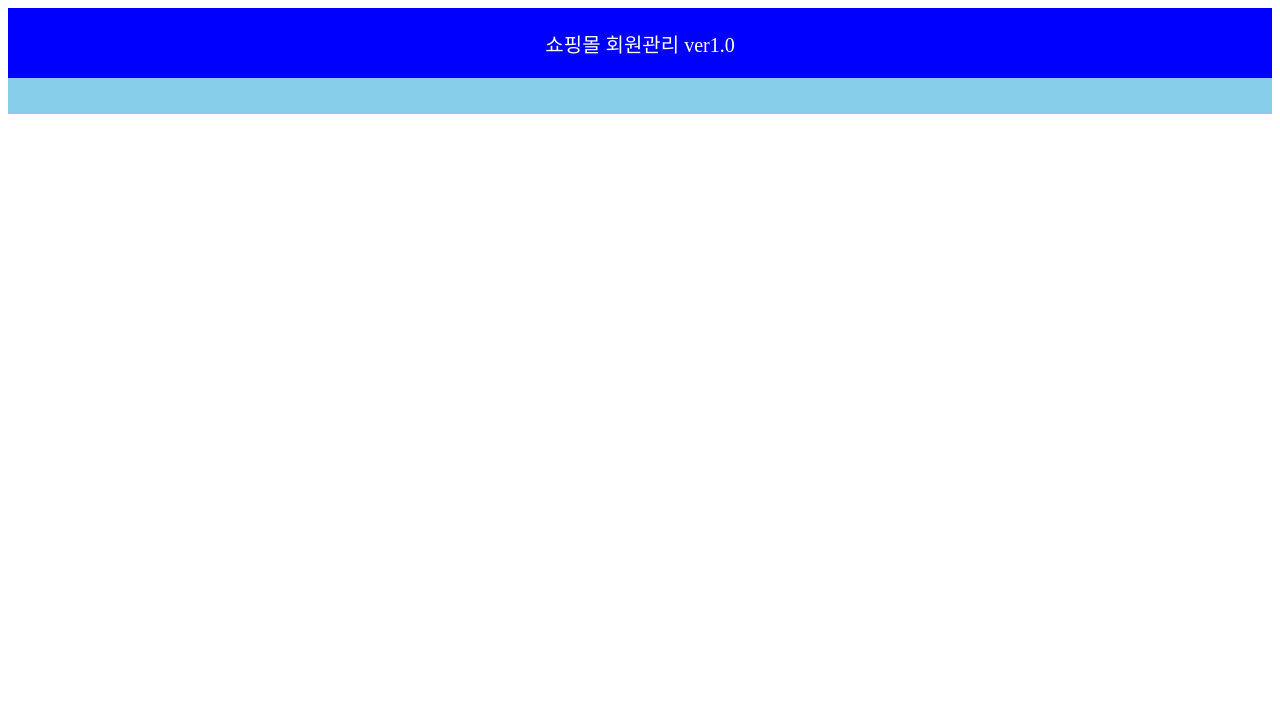
Repository: choigobin/Programming
Page: http://localhost/HRD_1119/
An editor plug-in stored every save of this project. The page is shown before and after the next save, followed by the edit.
The browser window is 1280 px wide. The pictures show the whole page.
The page is served by Tomcat 9.

Above is the page before, as saved 2019-11-19 06:43:50.

After the next save:
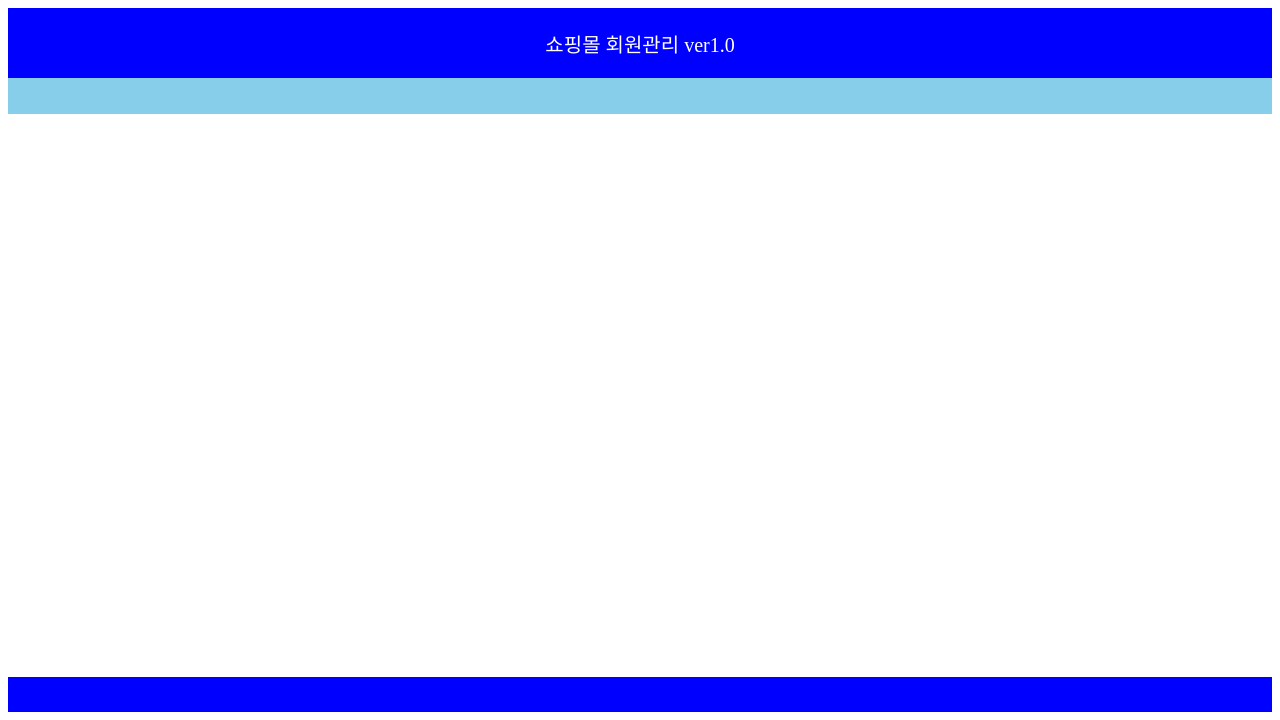
Saved 9 s later.
--- a/YangJung/workspace/HRD_1119/WebContent/index.jsp
+++ b/YangJung/workspace/HRD_1119/WebContent/index.jsp
@@ -40,7 +40,7 @@ tr,td,th{
 	</td>
 </tr>
 <tr id="t1" height="5%"><%-- footer --%>
-	<td id="t1">
+	<td id="t1" bgcolor="blue" align="center">
 
 	</td>
 </tr>
